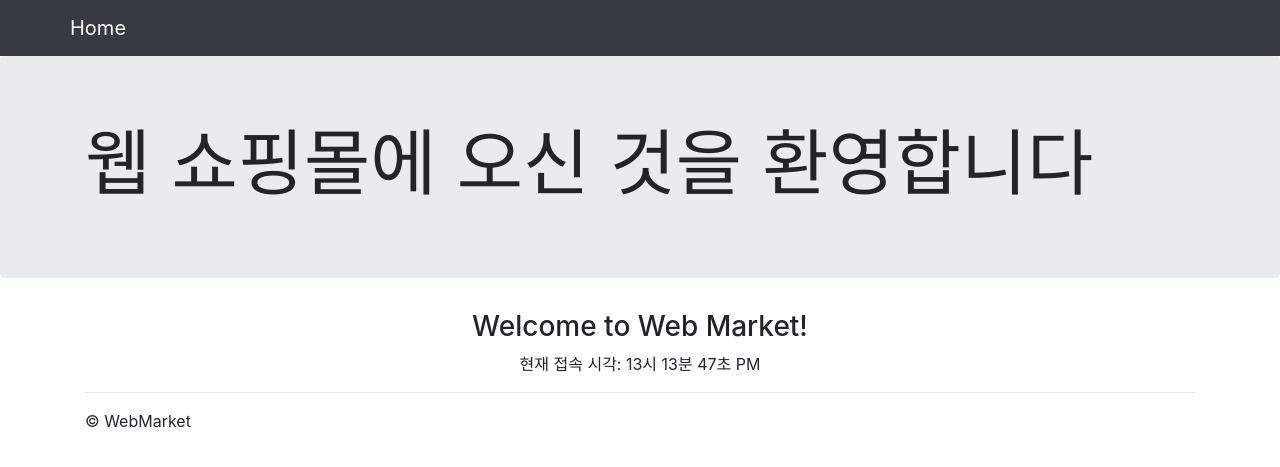
Repository: CheolHo-0428/JSP-Web-Programming
Page: http://localhost/WebMarket/welcome.jsp
These files come from the project's save history. The page is drawn as it stood at one moment and after the next save; the edit follows.
The browser window is 1280 px wide. The pictures show the whole page.
The page is served by Tomcat 9.

Above is the page before, as saved 2021-05-08 06:56:17.

After the next save:
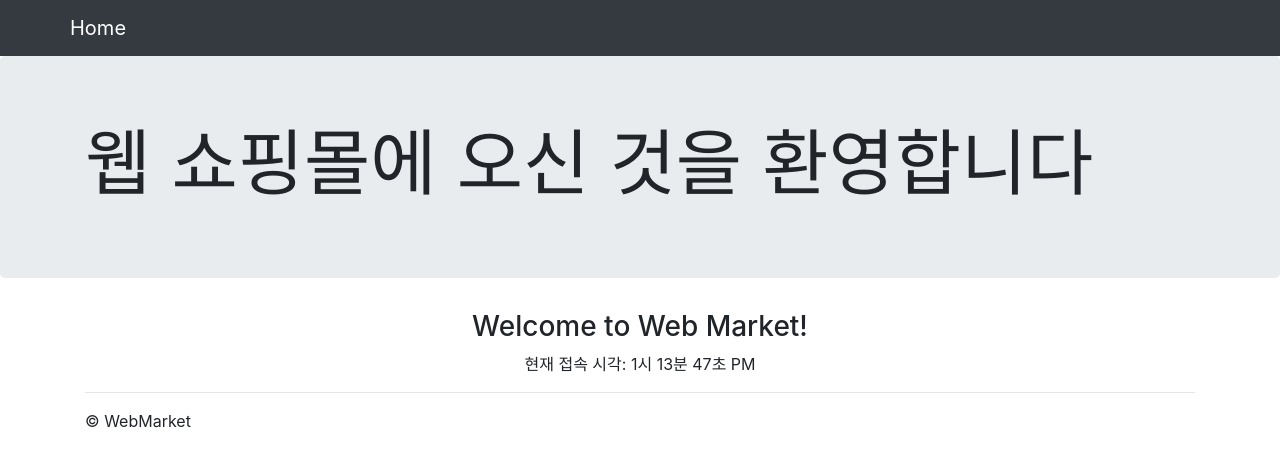
Saved 102 s later.
--- a/WebMarket/src/main/webapp/welcome.jsp
+++ b/WebMarket/src/main/webapp/welcome.jsp
@@ -39,10 +39,11 @@
 					int hour = day.getHours();
 					int minute = day.getHours();
 					int second = day.getSeconds();
-					if(hour == 12){
+					if(hour/12 == 0){
 						am_pm = "AM";
 					} else {
 						am_pm = "PM";
+						hour = hour-12;
 					}
 
 					String CT = hour + "시 " + minute + "분 " + second + "초 " + am_pm;
